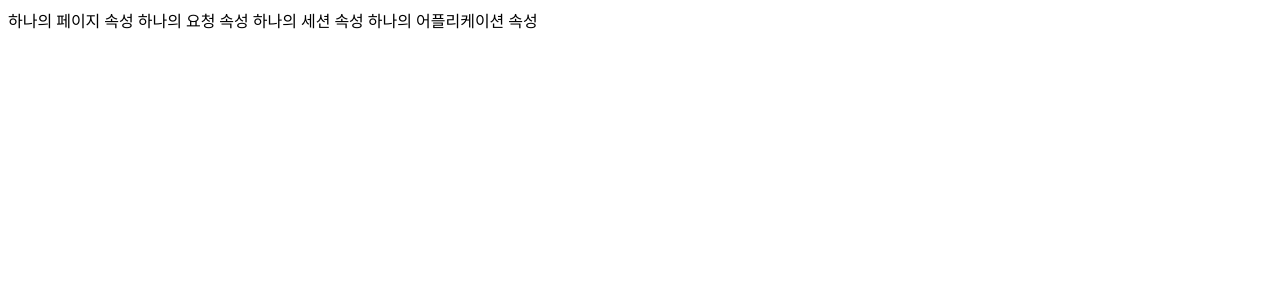
Repository: yjeongyjeong/jsp
Page: http://localhost/web-study-04/07_secondPage.jsp
The author's editor kept a copy of each file at every save. The page is drawn from the files as they stood at one save, then again after the next save.
The browser window is 1280 px wide. The pictures show the whole page.
The page is served by Tomcat 9.

Above is the page before, as saved 2023-10-11 03:40:17.

### web-study-04/src/main/webapp/07_secondPage.jsp
<%@ page language="java" contentType="text/html; charset=UTF-8"
    pageEncoding="UTF-8"%>
<!DOCTYPE html>
<html>
<head>
<meta charset="UTF-8">
<title>Insert title here</title>
</head>
<body>

하나의 페이지 속성
하나의 요청 속성
하나의 세션 속성
하나의 어플리케이션 속성

</body>
</html>

After the next save:
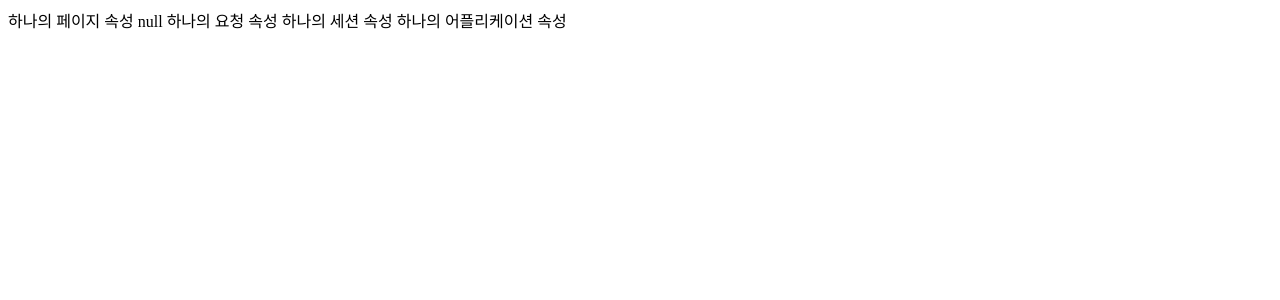
Saved 19 s later.
--- a/web-study-04/src/main/webapp/07_secondPage.jsp
+++ b/web-study-04/src/main/webapp/07_secondPage.jsp
@@ -8,7 +8,7 @@
 </head>
 <body>
 
-하나의 페이지 속성
+하나의 페이지 속성 <%=pageContext.getAttribute("name") %>
 하나의 요청 속성
 하나의 세션 속성
 하나의 어플리케이션 속성
